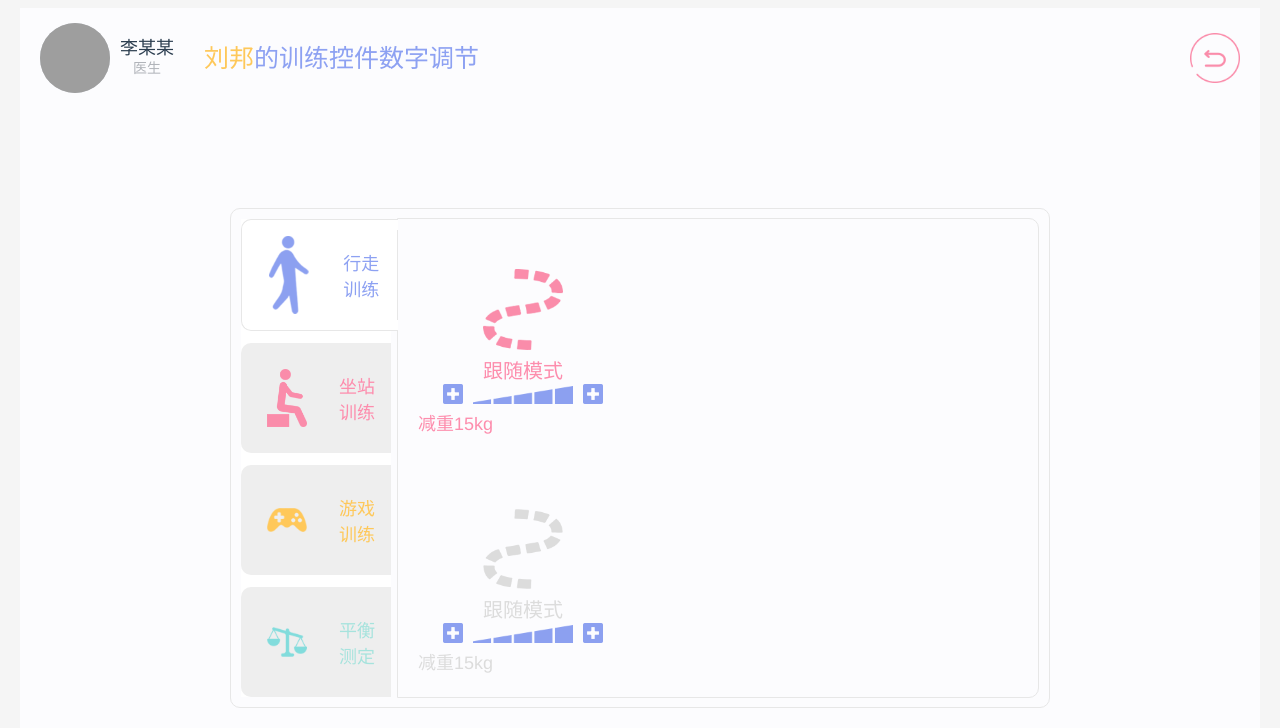
Repository: wangdanqing90/electron-vue-doctor
Page: /#/trainingAdjust
An editor plug-in stored every save of this project. The page is shown before and after the next save, followed by the edit.
The browser window is 1280 px wide. The pictures show the whole page.
Pictures or frames that could not be fetched are drawn as grey boxes. The project was rebuilt for these pictures with package versions that can differ from the ones it lists, and the page was loaded fresh each time. Also part of the build but not shown: vue.config.js, src/views/Home.vue, src/assets/styles/variable.scss, src/assets/styles/iconfont.css.

Above is the page before, as saved 2020-01-15 11:11:22.

After the next save:
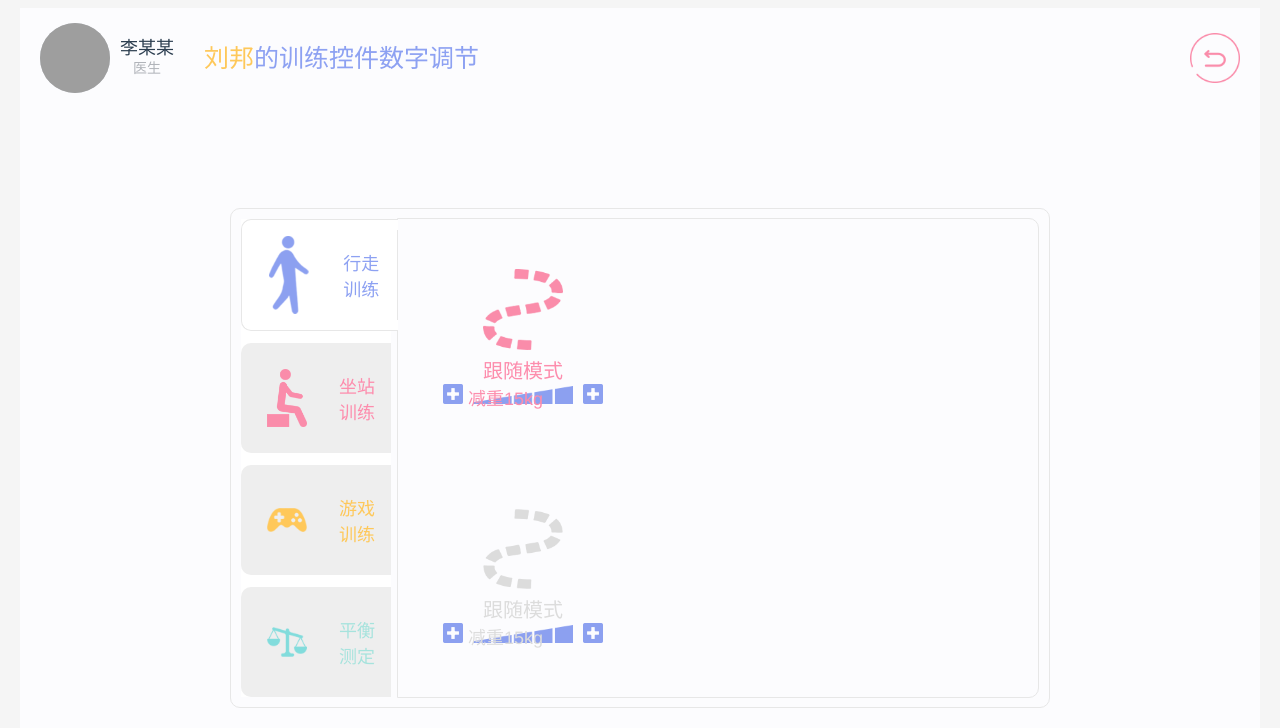
Saved 14 s later.
--- a/src/components/Adjust/Adjust.vue
+++ b/src/components/Adjust/Adjust.vue
@@ -48,6 +48,8 @@ export default {
   }
   .inform {
     position: absolute;
+    top: 0;
+    left: 50px;
   }
 }
 </style>
